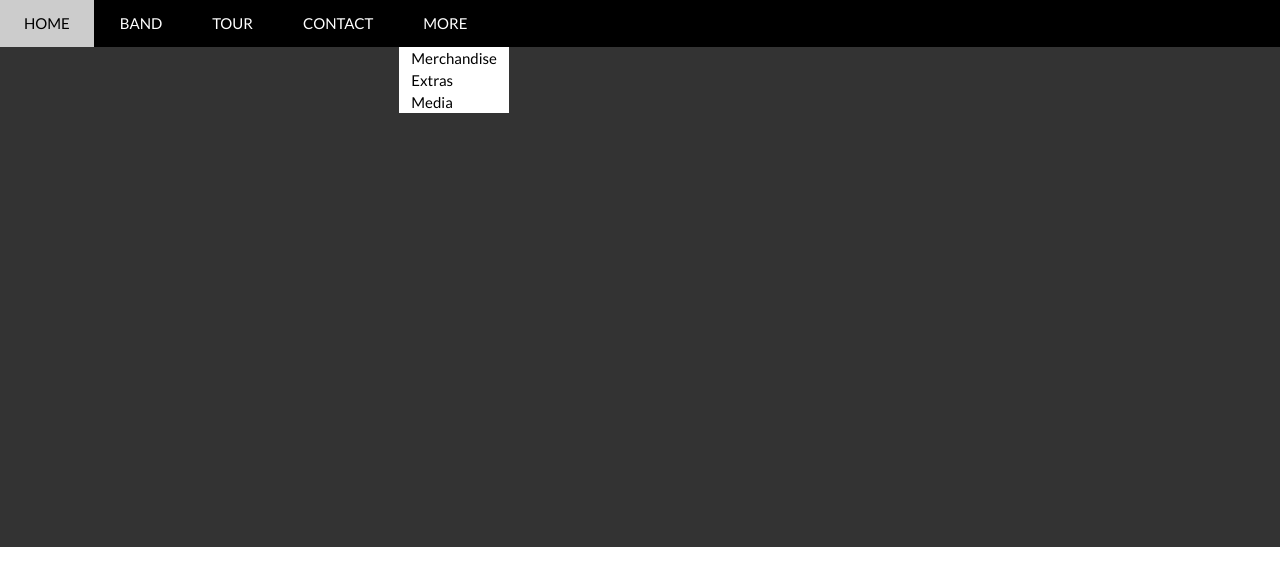
Repository: nguyenthaicong265/w3-band
Page: index.html
These files come from the project's save history. The page is drawn as it stood at one moment and after the next save; the edit follows.
The browser window is 1280 px wide. The pictures show the whole page.

Above is the page before, as saved 2021-12-27 23:56:23.

After the next save:
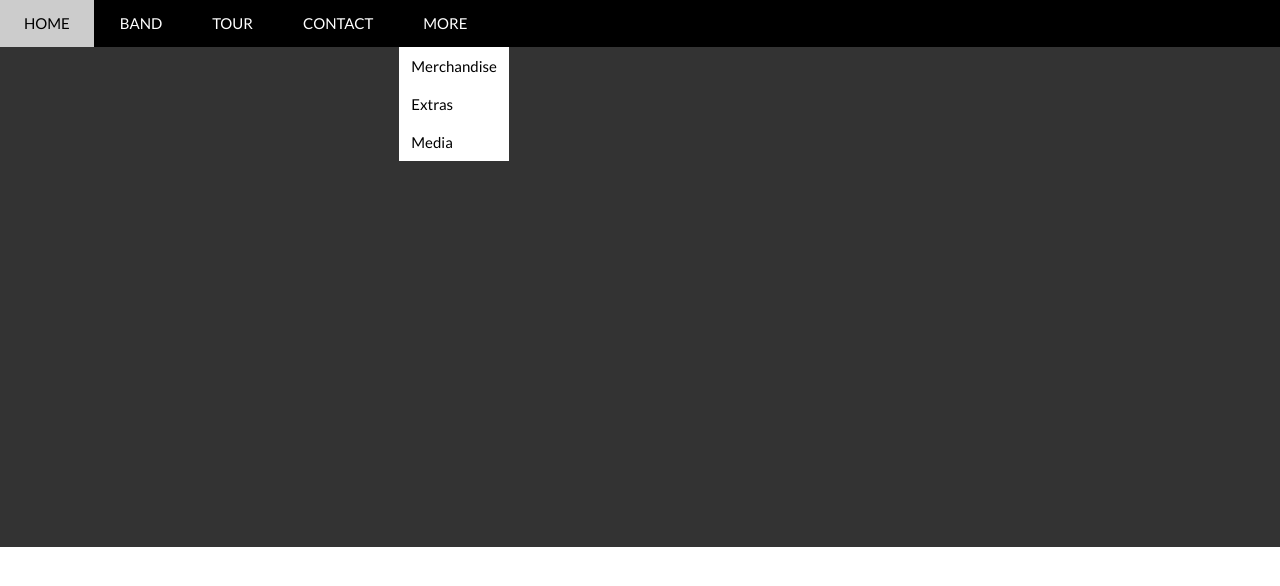
Saved 24 s later.
--- a/assets/css/styles.css
+++ b/assets/css/styles.css
@@ -60,7 +60,7 @@ html {
 #nav .subnav a {
     color: #000;
     padding: 0 12px;
-    line-height: 22px;
+    line-height: 38px;
 }
 
 #slider {
